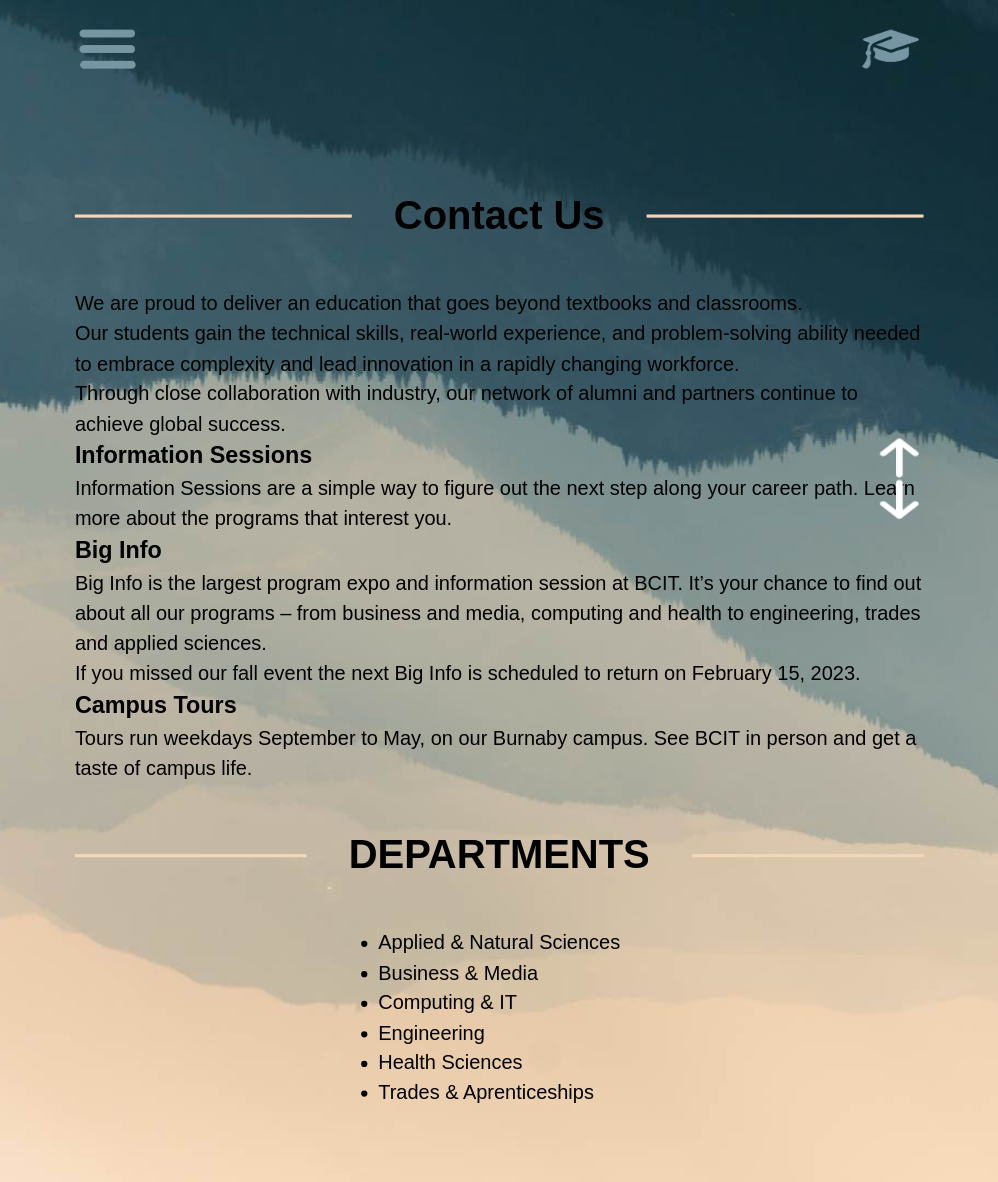
Repository: Kinakopan/playwright_bcit
Page: /contact
The author's editor kept a copy of each file at every save. The page is drawn from the files as they stood at one save, then again after the next save.
The browser window is 1280 px wide. The pictures show the whole page, at 78% of full size.
Some web fonts or font styles are not loaded; a fallback is used. The project was rebuilt for these pictures with package versions that can differ from the ones it lists, and the page was loaded fresh each time. The framework's server and built-in components were replaced by stand-ins that run in the browser. Also part of the build but not shown: next.config.js.

Above is the page before, as saved 2023-01-28 15:42:30.

### pages/_app.js
// import '@/styles/globals.css'
import '../styles/globals.css'
import '../styles/variables.css'
import Head from 'next/head'

export default function App({ Component, pageProps }) {
  return (
    <>
      <Head>
        <title>Example #1</title>
        <meta name="description" content="Generated by create next app" />
        <meta name="viewport" content="width=device-width, initial-scale=1" />
        <link href="https://fonts.googleapis.com/css2?family=Myriad+Pro:wght@100;400;700&display=swap" rel="stylesheet" />
        <link rel="icon" href="/favicon.ico" />
      </Head>
      <Component {...pageProps} />
    </>
  )
}

### pages/contact.js
import styles from "@/styles/Home.module.css";
import Arrow from "/components/arrow";
import Navbar from "/components/navbar";
import HeadingLine from "/components/headingLine";
import { Inter } from "@next/font/google";

const inter = Inter({ subsets: ["latin"] });

export default function Contact() {
  return (
    <>
      <div
        className={`${styles.body} ${styles.body_contact}`}
        style={{backgroundImage: `url(/background-images/backgroundMountainUpsideDown.jpg)`}}
      >
        <div className={styles.wrapper}>
          <Navbar />

          {/* Main contents under nav bar */}
          <main className={styles.main}>

            <HeadingLine headingText="Contact Us"/>

            <div className={`${styles.cont_section} ${styles.cont_section1}`}>
              <p className={styles.text_body}>
                We are proud to deliver an education that goes beyond textbooks
                and classrooms.
              </p>

              <p className={styles.text_body}>
                Our students gain the technical skills, real-world experience,
                and problem-solving ability needed to embrace complexity and
                lead innovation in a rapidly changing workforce.
              </p>

              <p className={styles.text_body}>
                Through close collaboration with industry, our network of alumni
                and partners continue to achieve global success.
              </p>

              <h3 className={styles.text_heading2}>Information Sessions</h3>

              <p className={styles.text_body}>
                Information Sessions are a simple way to figure out the next
                step along your career path. Learn more about the programs that
                interest you.
              </p>

              <h3 className={styles.text_heading2}>Big Info</h3>

              <p className={styles.text_body}>
                Big Info is the largest program expo and information session at
                BCIT. It’s your chance to find out about all our programs – from
                business and media, computing and health to engineering, trades
                and applied sciences.
                <br />
                If you missed our fall event the next Big Info is scheduled to
                return on February 15, 2023.
              </p>

              <h3 className={styles.text_heading2}>Campus Tours</h3>

              <p className={styles.text_body}>
                Tours run weekdays September to May, on our Burnaby campus. See
                BCIT in person and get a taste of campus life.
              </p>

            </div>

            {/* DEPARTMENTS */}
            <h2 className={styles.text_heading1}>DEPARTMENTS</h2>

            <div className={`${styles.cont_section} ${styles.cont_section2}`}>
              <ul className={styles.box_list}>
                <li>Applied & Natural Sciences</li>
                <li>Business & Media</li>
                <li>Computing & IT</li>
                <li>Engineering</li>
                <li>Health Sciences</li>
                <li>Trades & Aprenticeships</li>
              </ul>
            </div>
          </main>

          <Arrow/>
        </div>
      </div>
    </>
  );
}

### styles/variables.css
:root {
  --primary-color: |#fff;
  --secondary-color: #F4D6B9;
  --ternary-color: #7796A4;
  --quaternary-color: #14343D;
  --quinary-color: rgba(16,46,53,0.5);
}

### styles/Home.module.css
@import '/styles/variables.css';

.main {
  display: flex;
  flex-direction: column;
  justify-content: space-between;
  align-items: center;
  padding: 6rem;
  min-height: 100vh;
}

.description {
  display: inherit;
  justify-content: inherit;
  align-items: inherit;
  font-size: 0.85rem;
  max-width: var(--max-width);
  width: 100%;
  z-index: 2;
  font-family: var(--font-mono);
}

.description a {
  display: flex;
  justify-content: center;
  align-items: center;
  gap: 0.5rem;
}

.description p {
  position: relative;
  margin: 0;
  padding: 1rem;
  background-color: rgba(var(--callout-rgb), 0.5);
  border: 1px solid rgba(var(--callout-border-rgb), 0.3);
  border-radius: var(--border-radius);
}

.code {
  font-weight: 700;
  font-family: var(--font-mono);
}

.grid {
  display: grid;
  grid-template-columns: repeat(4, minmax(25%, auto));
  width: var(--max-width);
  max-width: 100%;
}

.card {
  padding: 1rem 1.2rem;
  border-radius: var(--border-radius);
  background: rgba(var(--card-rgb), 0);
  border: 1px solid rgba(var(--card-border-rgb), 0);
  transition: background 200ms, border 200ms;
}

.card span {
  display: inline-block;
  transition: transform 200ms;
}

.card h2 {
  font-weight: 600;
  margin-bottom: 0.7rem;
}

.card p {
  margin: 0;
  opacity: 0.6;
  font-size: 0.9rem;
  line-height: 1.5;
  max-width: 30ch;
}

.center {
  display: flex;
  justify-content: center;
  align-items: center;
  position: relative;
  padding: 4rem 0;
}

.center::before {
  background: var(--secondary-glow);
  border-radius: 50%;
  width: 480px;
  height: 360px;
  margin-left: -400px;
}

.center::after {
  background: var(--primary-glow);
  width: 240px;
  height: 180px;
  z-index: -1;
}

.center::before,
.center::after {
  content: '';
  left: 50%;
  position: absolute;
  filter: blur(45px);
  transform: translateZ(0);
}

.logo,
.thirteen {
  position: relative;
}

.thirteen {
  display: flex;
  justify-content: center;
  align-items: center;
  width: 75px;
  height: 75px;
  padding: 25px 10px;
  margin-left: 16px;
  transform: translateZ(0);
  border-radius: var(--border-radius);
  overflow: hidden;
  box-shadow: 0px 2px 8px -1px #0000001a;
}

.thirteen::before,
.thirteen::after {
  content: '';
  position: absolute;
  z-index: -1;
}

/* Conic Gradient Animation */
.thirteen::before {
  animation: 6s rotate linear infinite;
  width: 200%;
  height: 200%;
  background: var(--tile-border);
}

/* Inner Square */
.thirteen::after {
  inset: 0;
  padding: 1px;
  border-radius: var(--border-radius);
  background: linear-gradient(
    to bottom right,
    rgba(var(--tile-start-rgb), 1),
    rgba(var(--tile-end-rgb), 1)
  );
  background-clip: content-box;
}

/* Enable hover only on non-touch devices */
@media (hover: hover) and (pointer: fine) {
  .card:hover {
    background: rgba(var(--card-rgb), 0.1);
    border: 1px solid rgba(var(--card-border-rgb), 0.15);
  }

  .card:hover span {
    transform: translateX(4px);
  }
}

@media (prefers-reduced-motion) {
  .thirteen::before {
    animation: none;
  }

  .card:hover span {
    transform: none;
  }
}

/* Mobile */
@media (max-width: 700px) {
  .content {
    padding: 4rem;
  }

  .grid {
    grid-template-columns: 1fr;
    margin-bottom: 120px;
    max-width: 320px;
    text-align: center;
  }

  .card {
    padding: 1rem 2.5rem;
  }

  .card h2 {
    margin-bottom: 0.5rem;
  }

  .center {
    padding: 8rem 0 6rem;
  }

  .center::before {
    transform: none;
    height: 300px;
  }

  .description {
    font-size: 0.8rem;
  }

  .description a {
    padding: 1rem;
  }

  .description p,
  .description div {
    display: flex;
    justify-content: center;
    position: fixed;
    width: 100%;
  }

  .description p {
    align-items: center;
    inset: 0 0 auto;
    padding: 2rem 1rem 1.4rem;
    border-radius: 0;
    border: none;
    border-bottom: 1px solid rgba(var(--callout-border-rgb), 0.25);
    background: linear-gradient(
      to bottom,
      rgba(var(--background-start-rgb), 1),
      rgba(var(--callout-rgb), 0.5)
    );
    background-clip: padding-box;
    backdrop-filter: blur(24px);
  }

  .description div {
    align-items: flex-end;
    pointer-events: none;
    inset: auto 0 0;
    padding: 2rem;
    height: 200px;
    background: linear-gradient(
      to bottom,
      transparent 0%,
      rgb(var(--background-end-rgb)) 40%
    );
    z-index: 1;
  }
}

/* Tablet and Smaller Desktop */
@media (min-width: 701px) and (max-width: 1120px) {
  .grid {
    grid-template-columns: repeat(2, 50%);
  }
}

@media (prefers-color-scheme: dark) {
  .vercelLogo {
    filter: invert(1);
  }

  .logo,
  .thirteen img {
    filter: invert(1) drop-shadow(0 0 0.3rem #ffffff70);
  }
}

@keyframes rotate {
  from {
    transform: rotate(360deg);
  }
  to {
    transform: rotate(0deg);
  }
}



/*****************************
******************************
            AUTHOR
******************************
*****************************/

/*============================
    From here - Common Style
============================*/
/* From here - components/navbar.js */
.nav {
  display: flex;
  flex-direction: row;
  justify-content: space-between;
  width: 100%;
  padding: 3% 8% 0 8%;
}

.burgar,
.hat {
  width: fit-content;
}

/* From here - components/arrow.js */
.arrowBox {
  flex: 1;
  display: flex;
  flex-direction: column;
  justify-content: space-between;
  align-items: flex-end;
  position: fixed;
  width: fit-content;
  height: 12%;
  right: 8%;
  bottom: 10%;
}

.arrowBox * {
  background: transparent;
  border: none;
}

/* From here - heading with line */
.text_heading1 {
  display: flex;
  font-size: 200%;
  align-items: center;
  width: 100%;
  padding: 5% 0;
}

.text_heading1:before,
.text_heading1:after {
  content: "";
  height: 4px;
  flex-grow: 1;
  background: var(--secondary-color);
}

.text_heading1:before {
  margin-right: 5%;
}

.text_heading1:after {
  margin-left: 5%;
}

/* From here - general */
.body,
.wrapper {
  display: flex;
  flex-direction: column;
  width: 100vw;
}

.body {
  /* font-size: 62.5%; */
  background-size: cover;
  background-position: center;
  background-repeat: no-repeat;
  line-height: 1.5;
  font-family: 'Myriad Pro', sans-serif;
  font-weight: 100;
  text-align: left;
}

.wrapper {
  font-size: 1.6rem;
  background-size: cover;
}

.main {
  display: flex;
  width: 100%;
}

/*============================
    From here - Home Page
============================*/
.body_home {
  height: 100vh;
  overflow: hidden;
}

.body_home .main {
  flex-direction: row;
  justify-content: flex-start;
  align-items: flex-end;
  padding: 0 0 12% 21%;
}

.body_home .cont_main {
  display: flex;
  flex-direction: column;
  width: 48%;
}

.body_home .cont_main * {
  color: var(--primary-color);
}

.body_home .text_lead {
  font-family: 'Myriad Pro', sans-serif;
  /* font-size: 3.6rem; */
  font-size: 220%;
  line-height: 1.3;
  padding-bottom: 3%;
  margin-bottom: 3%;
  border-bottom: 4px solid;
  border-image: linear-gradient(to right, rgba(244,214,185,1) 0%, rgba(244,214,185,1) 69%, rgba(244,214,185,0) 69%, rgba(244,214,185,0) 100%) 1;
}

.body_home .text_body,
.body_home .box_btn * {
  opacity: .9;
}

.body_home .box_btn {
  display: flex;
  flex-direction: row;
}

.body_home .box_btn * {
  font-size: 1.4rem;
  background: transparent;
  padding: .3% 3%;
  border: 3px solid;
  border-color: var(--primary-color);
  border-radius: 10px;
  margin: 3% 2.5% 0 0;
}

.body_home .btn_about:hover {
  color: transparent;
  background: white;
}

/*============================
    From here - About Page
============================*/
.body_about {
  background: var(--quaternary-color);
}

.body_about .cont_section {
  display: flex;
  flex-direction: column;
  justify-content: flex-start;
}

.body_about .cont_section1 {
  width: 60%;
}

.body_about .cont_section2 {
  width: 25%;
  padding-left: 5%;
}

.body_about .text_heading2,
.body_about .text_body {
  margin-bottom: 3%;
}

.body_about .text_heading2 {
  justify-content: flex-start;
}

.body_about .text_body,
.body_about .box_list *  {
  opacity: .8;
}

.body_about .box_list * {
  list-style: none;
  line-height: 3;
}

/* Carousel */
.carousel_cont {
  display: flex;
  align-self: center;
  width: 70%;
  margin-top: 5%;
  padding-top: 35%;
  overflow: hidden;
  position: relative;
}

.carousel_wrapper {
  display: flex;
  justify-content: center;
  width: 100%;
  height: 100%;
  position: absolute;
  top: 0;
  left: 0;
}

.carousel_slide {
  width: 100%;
  height: 100%;
  background-size: cover;
  background-position: top center;
}

.carousel_position {
  position: absolute;
  top: 50%;
  transform: translateY(-50%);
}

.carousel_text {
  display: flex;
  justify-content: center;
  align-items: center;
}

.carousel_text:before {
  content: "";
  background: var(--quaternary-color);
  position: absolute;
  z-index: -1;
  width: 100%;
  height: 100%;
  padding: 7% 5%;
  opacity: .5;
}

.carousel_slide:not(.carousel_active),
.carousel_text:not(.carousel_active) {
  display: none;
}

.carousel_prevBtn,
.carousel_nextBtn {
  font-size: 2rem;
  cursor: pointer;
  border: none;
  background: transparent;
}

.carousel_prevBtn {
  left: 10%;
}

.carousel_nextBtn {
  right: 10%;
}


/*============================
    From here - Contact Page
============================*/

### components/arrow.js
import Image from 'next/image';
import styles from '@/styles/Home.module.css';

export default function Arrow() {
  return (
    <div className={styles.arrowBox}>
      <button
        className={styles.arrowDown}
        onClick={() => setUpArrowClicked(true)}
      >
        <Image
          src='/icons/upwardArrow.png'
          alt="Upward arrow icon"
          width={50}
          height={50}
        />
      </button>

      <button
        className={styles.arrowDown}
        onClick={() => setDownArrowClicked(true)}
      >
        <Image
          src='/icons/downwardArrow.png'
          alt="Downward arrow icon"
          width={50}
          height={50}
        />
      </button>
    </div>
  )
}

### components/navbar.js
import Image from 'next/image';
import styles from '@/styles/Home.module.css';

export default function Navbar() {
  return (
    <nav className={styles.nav}>
      <Image
        className={styles.burgar}
        src='/icons/menu-icon.png'
        alt="menu icon"
        width={50}
        height={50}
      />
      <Image
        className={styles.hat}
        src='/icons/graduation-hat.png'
        alt="Graduation hat icon"
        width={50}
        height={50}
      />
    </nav>
  )
}

### components/headingLine.js
import styles from '@/styles/Home.module.css';


// export default function HeadingLine({headingText}) {

//   return (
//     <h1 className={styles.text_heading1}>{headingText}</h1>
//   )
// }


import React from 'react';

const HeadingLine = ({headingTag = 'h1', headingText = ''}) => {
  return (
    <>
      {React.createElement(headingTag, {className: styles.text_heading1}, headingText)}
    </>
  );
};

export default HeadingLine;

Loaded but not shown: pages/_document.js (common file); styles/globals.css (common file)

After the next save:
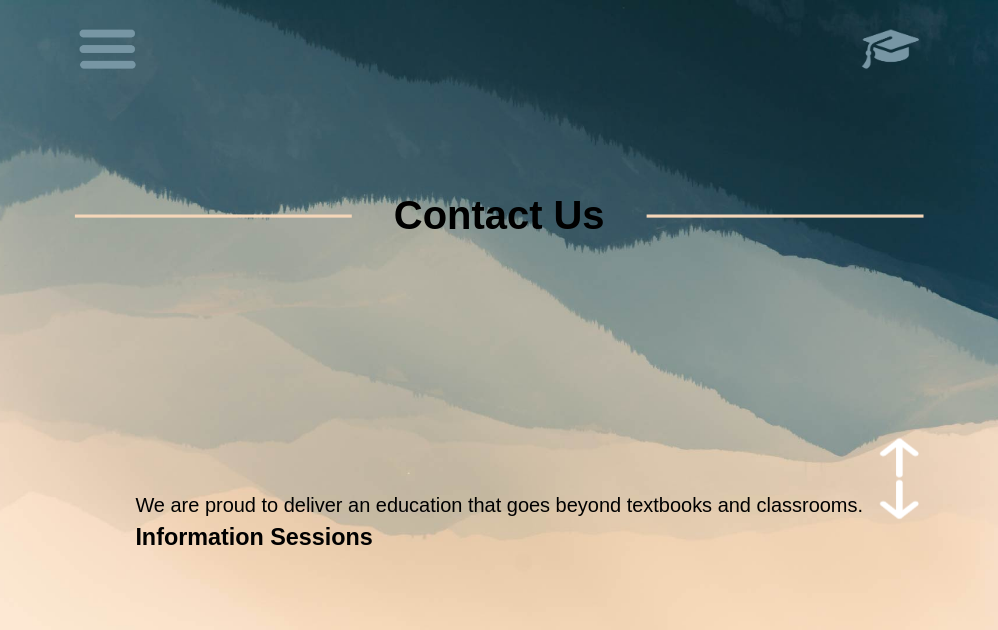
Saved 53 s later.
--- a/pages/contact.js
+++ b/pages/contact.js
@@ -27,58 +27,8 @@ export default function Contact() {
                 and classrooms.
               </p>
 
-              <p className={styles.text_body}>
-                Our students gain the technical skills, real-world experience,
-                and problem-solving ability needed to embrace complexity and
-                lead innovation in a rapidly changing workforce.
-              </p>
-
-              <p className={styles.text_body}>
-                Through close collaboration with industry, our network of alumni
-                and partners continue to achieve global success.
-              </p>
-
               <h3 className={styles.text_heading2}>Information Sessions</h3>
 
-              <p className={styles.text_body}>
-                Information Sessions are a simple way to figure out the next
-                step along your career path. Learn more about the programs that
-                interest you.
-              </p>
-
-              <h3 className={styles.text_heading2}>Big Info</h3>
-
-              <p className={styles.text_body}>
-                Big Info is the largest program expo and information session at
-                BCIT. It’s your chance to find out about all our programs – from
-                business and media, computing and health to engineering, trades
-                and applied sciences.
-                <br />
-                If you missed our fall event the next Big Info is scheduled to
-                return on February 15, 2023.
-              </p>
-
-              <h3 className={styles.text_heading2}>Campus Tours</h3>
-
-              <p className={styles.text_body}>
-                Tours run weekdays September to May, on our Burnaby campus. See
-                BCIT in person and get a taste of campus life.
-              </p>
-
-            </div>
-
-            {/* DEPARTMENTS */}
-            <h2 className={styles.text_heading1}>DEPARTMENTS</h2>
-
-            <div className={`${styles.cont_section} ${styles.cont_section2}`}>
-              <ul className={styles.box_list}>
-                <li>Applied & Natural Sciences</li>
-                <li>Business & Media</li>
-                <li>Computing & IT</li>
-                <li>Engineering</li>
-                <li>Health Sciences</li>
-                <li>Trades & Aprenticeships</li>
-              </ul>
             </div>
           </main>
 
